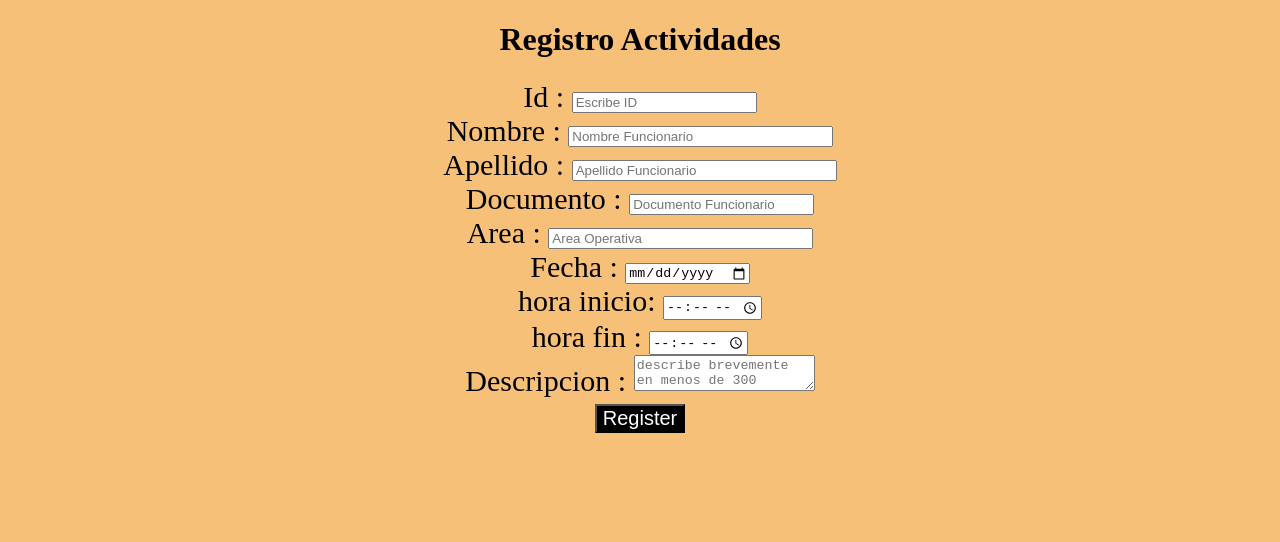
Repository: Yale2024/repo-registro-act
Page: templates/register.html
These files come from the project's save history. The page is drawn as it stood at one moment and after the next save; the edit follows.
The browser window is 1280 px wide. The pictures show the whole page.

Above is the page before, as saved 2024-09-15 07:41:26.

### templates/register.html
<!DOCTYPE html>
<html lang="en">

<head>
    <meta charset="UTF-8">
    <meta name="viewport" content="width=device-width, initial-scale=1.0">
    <link rel="stylesheet" href="static/css/styleRegister.css">
    <script src="static/js/appRegister.js"></script>
    <title>Web App</title>
</head>
<body></body>
    <h1><center>Registro Actividades</center></h1>
    <form action="/register_user" method="POST">
    <!-- <form method="POST"> -->
        <label for="id">Id :</label>
        <input type="number"  size="30" name="id" id="Id" placeholder="Escribe ID" required /> <br>
        <label for="nombre">Nombre :</label>
        <input type="text" size="30" name="nombre" id="nombre" placeholder="Nombre Funcionario" required /> <br>
        <label for="apellido">Apellido :</label>
        <input type="text" size="30" name="apellido" id="apellido" placeholder="Apellido Funcionario" required /> <br>
        <label for="documento">Documento  :</label>
        <input type="number" size="30" name="documento" id="documento" placeholder="Documento Funcionario" required /> <br>
        <label for="are">Area      :</label>
        <input type ="text" size="30" name="area" id="area" placeholder="Area Operativa" required /> <br>
        <label for="fecha">Fecha     :</label>
        <input type ="date" size="30" name="fecha" id="fecha" placeholder="AAAA-MM-DD" required /> <br>
        <label for="horai">hora inicio:</label>
        <input type ="time" size="30" name="horai" id="horai" placeholder="hh:mm" required /> <br>
        <label for="horaf">hora fin  :</label>
        <input type ="time" size="30" name="horaf" id="horaf" placeholder="hh:mm" required /> <br>
        <label for="mensaje">Descripcion   :</label>
        <textarea name="descripcion" size="300" for="descripcion" placeholder="describe brevemente en menos de 300 carácteres" maxlength="300"></textarea> <br>
        <button>Register</button>
        <!-- <button onclick="register_user()">Register</button> -->
        <!-- <input type="submit" name="enviar" value="enviar datos"/> -->
    </form>
</body>

### static/css/styleRegister.css
form{
    text-align: center;
    font-size: 30px;
}

body{
    background-color: #f7bb6dea;
}

button{
    background-color: black;
    color: white;
    font-size:  20px;
}

### static/js/appRegister.js
function register_user() {
    location.href= '/register_user'
}

After the next save:
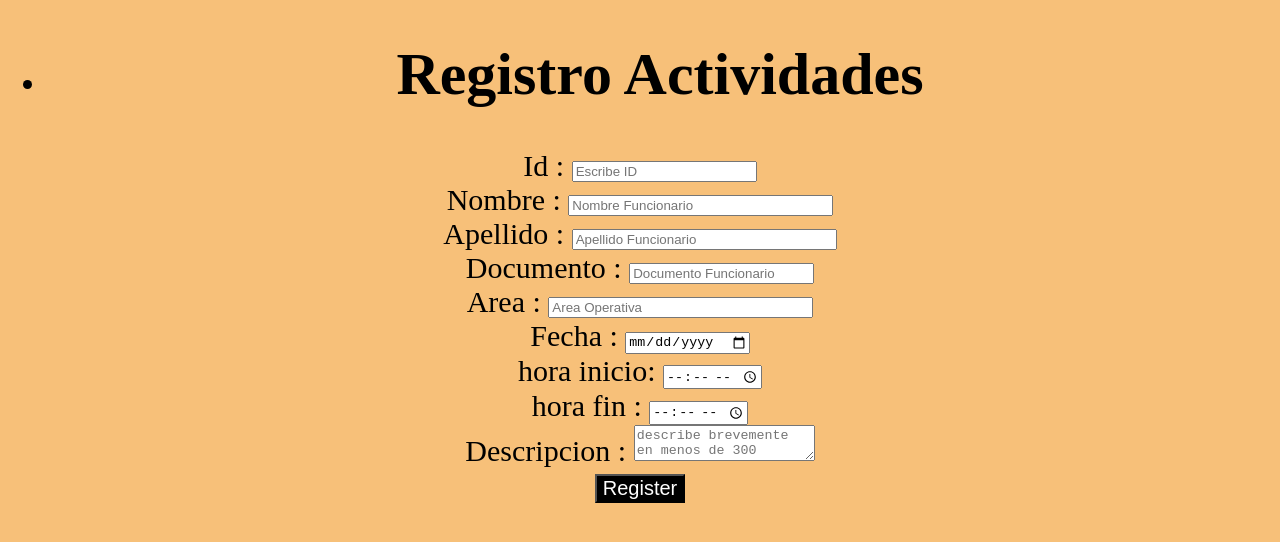
Saved 5 min 8 s later.
--- a/templates/register.html
+++ b/templates/register.html
@@ -9,9 +9,16 @@
     <title>Web App</title>
 </head>
 <body></body>
-    <h1><center>Registro Actividades</center></h1>
-    <form action="/register_user" method="POST">
+
+    <form class="contact_form" action="/register_user" method="POST">
     <!-- <form method="POST"> -->
+        <div>
+            <ul>
+                <li>
+                    <h1>Registro Actividades</h1>
+                </li>
+            </ul>
+        </div>
         <label for="id">Id :</label>
         <input type="number"  size="30" name="id" id="Id" placeholder="Escribe ID" required /> <br>
         <label for="nombre">Nombre :</label>
